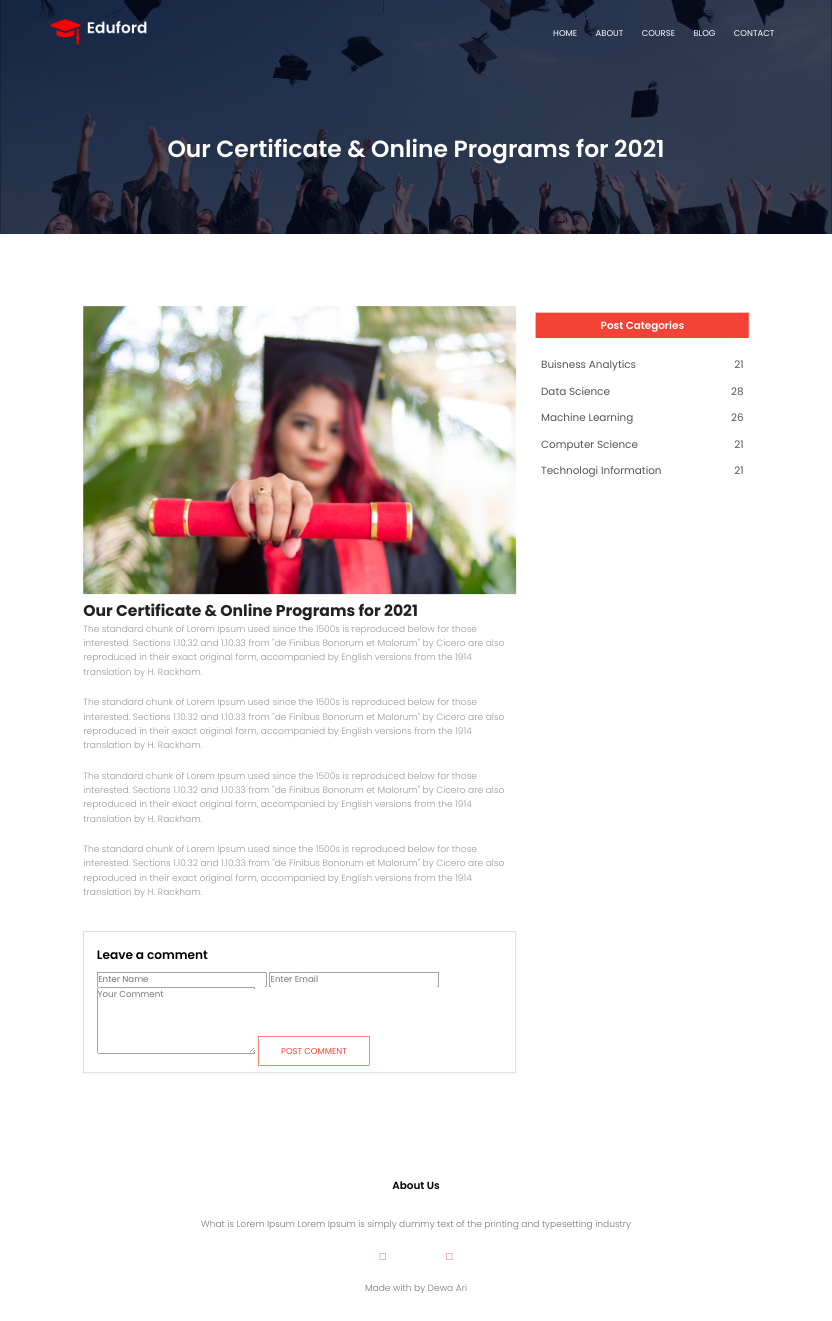
Repository: dewaary/company-profile
Page: blog.html
The author's editor kept a copy of each file at every save. The page is drawn from the files as they stood at one save, then again after the next save.
The browser window is 1280 px wide. The pictures show the whole page, at 65% of full size.

Above is the page before, as saved 2021-05-08 00:08:54.

After the next save:
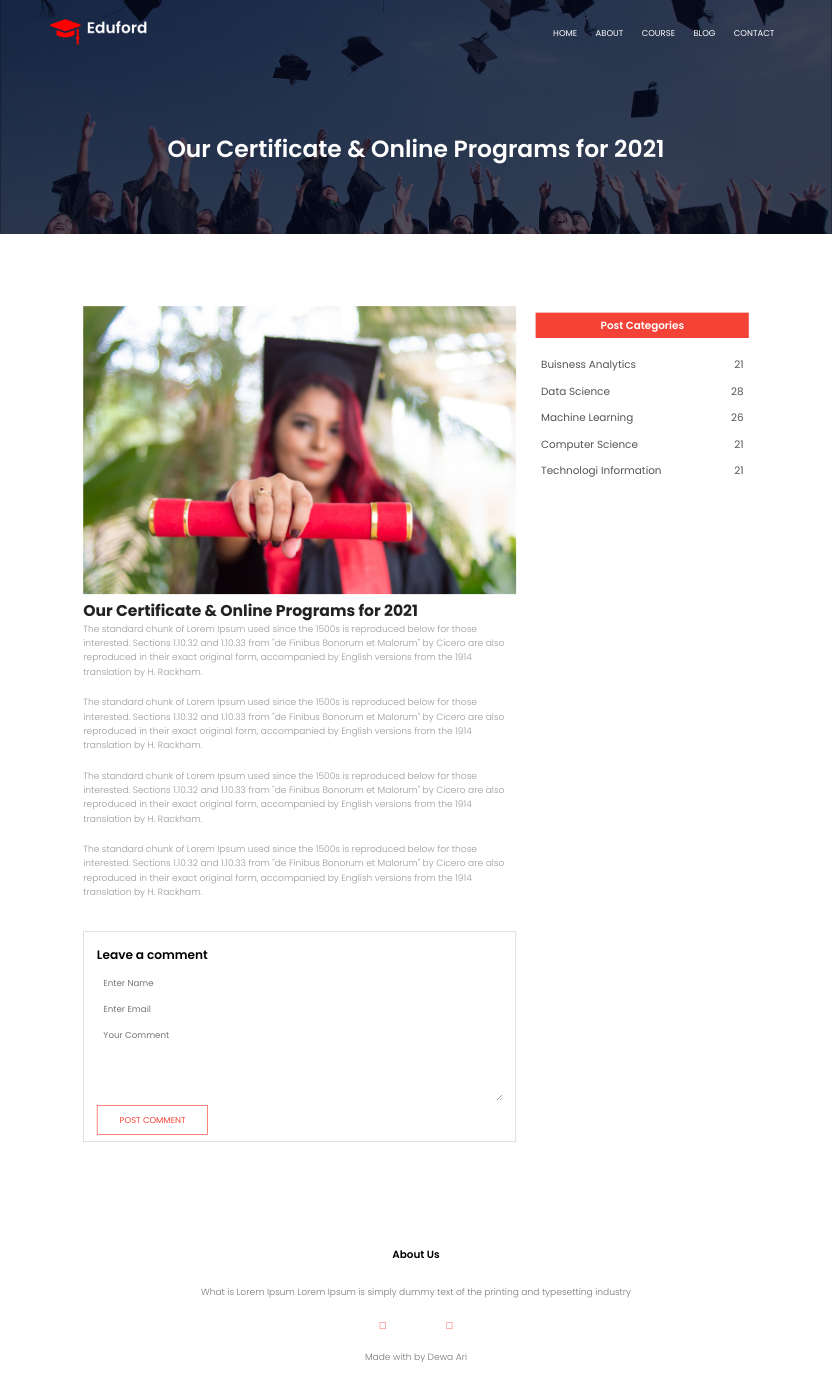
Saved 93 s later.
--- a/style.css
+++ b/style.css
@@ -462,3 +462,12 @@ h3 {
 .comment-box h3{
   text-align: left;
 }
+
+.comment-form input, .comment-form textarea{
+  width: 100%;
+  padding: 10px;
+  margin 15px 0;
+  box-sizing: border-box;
+  border: none;
+  outline: none;
+}
